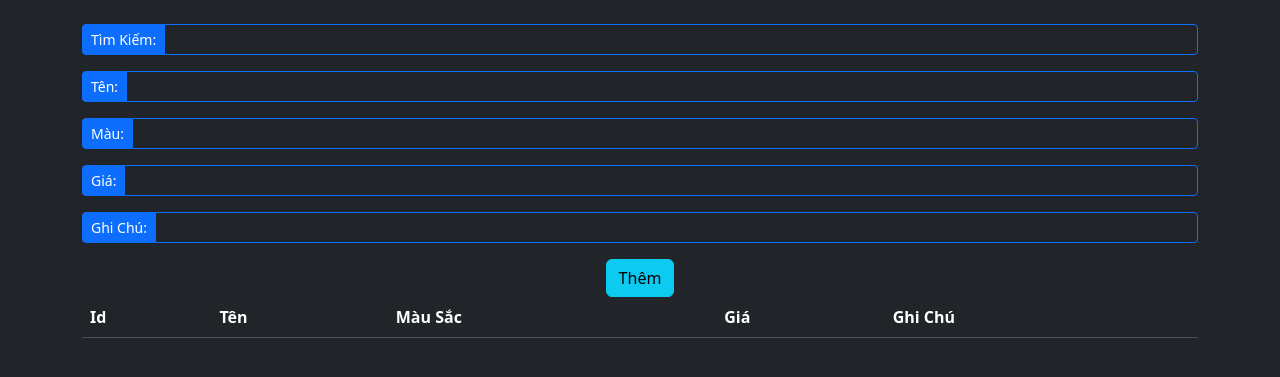
Repository: saiyagodvp/_java4
Page: http://localhost/asmJava4Pnam/tuiXach/listTuiXach.jsp
The author's editor kept a copy of each file at every save. The page is drawn from the files as they stood at one save, then again after a run of saves.
The browser window is 1280 px wide. The pictures show the whole page.
The page is served by Tomcat 9. Nobody is signed in. The application's start-up code is not run. The template is opened directly, without the code that normally fills it, so the values that code supplies are empty.

Above is the page before, as saved 2023-03-29 05:31:50.

After the next 2 saves:
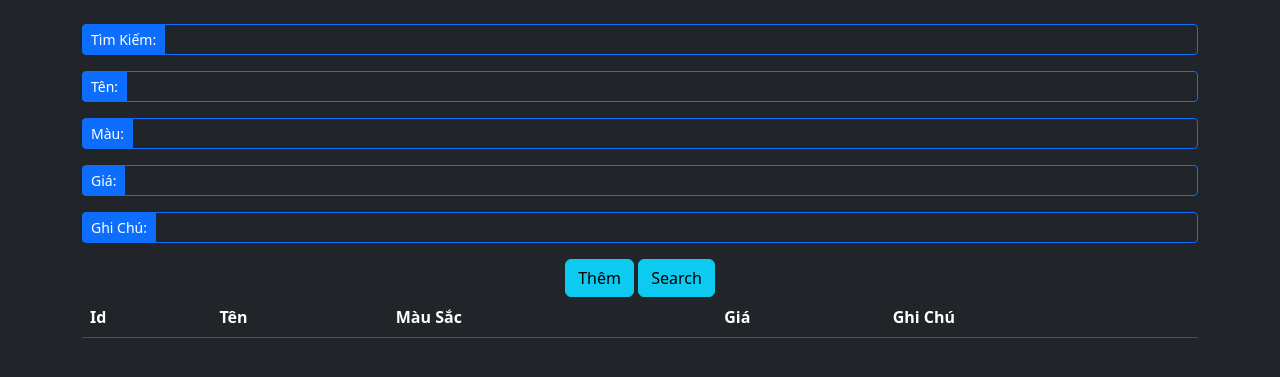
The 2 saves are shown as one change because they came seconds apart.
The last was saved 34 s later.
--- a/asmJava4Pnam/src/main/webapp/tuiXach/listTuiXach.jsp
+++ b/asmJava4Pnam/src/main/webapp/tuiXach/listTuiXach.jsp
@@ -104,6 +104,7 @@
 
 
 			<button class="btn btn-info" formaction="/asmJava4Pnam/them">Thêm</button>
+			<button class="btn btn-info" formaction="/asmJava4Pnam/search">Search</button>
 		</form>
 
 		<table class="table table-hover  table-striped " align="center">
